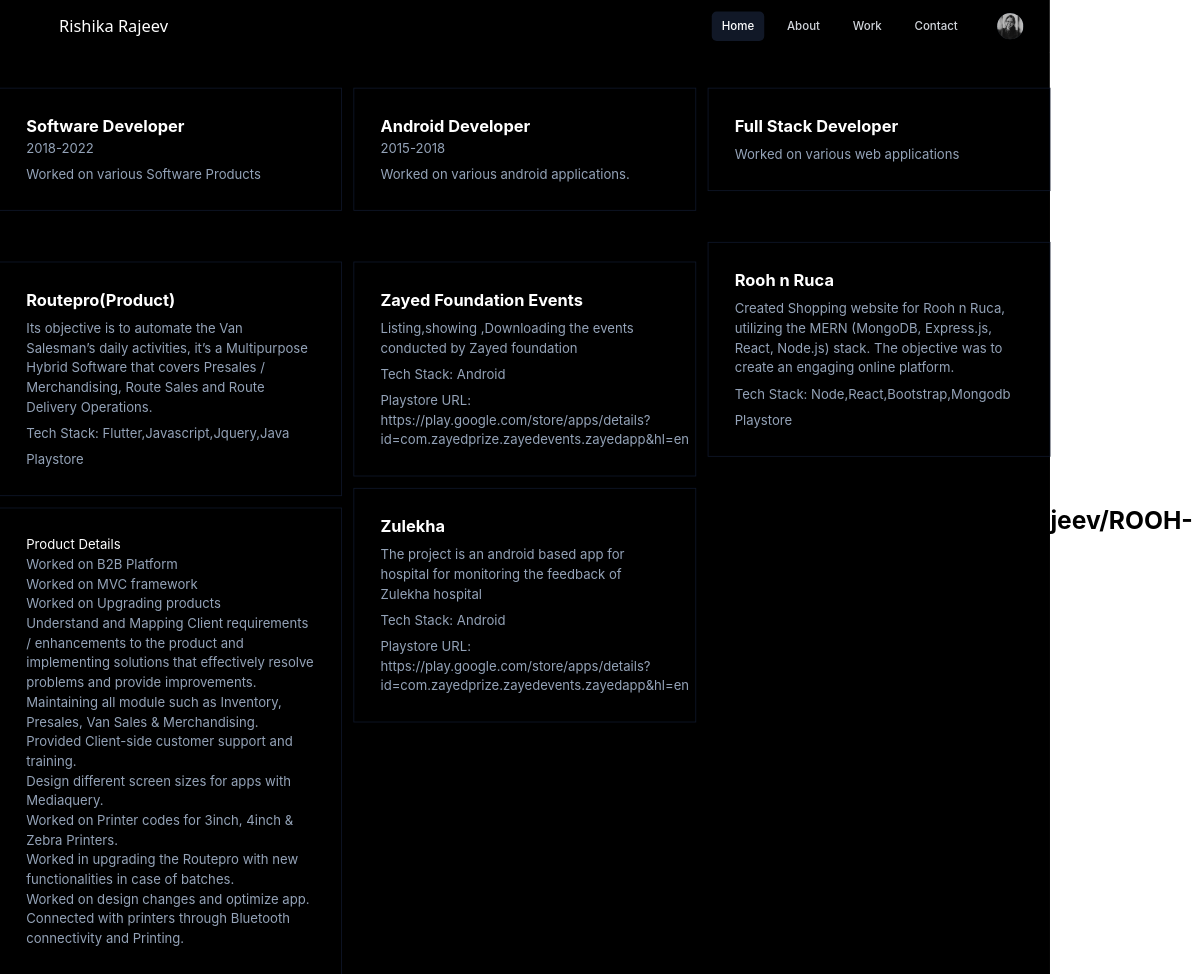
Repository: rishikarajeev/portfolio_rishika
Page: /work
These files come from the project's save history. The page is drawn as it stood at one moment and after a run of saves; the edit follows.
The browser window is 1280 px wide. The page is 1455 px wide, then 1280 px, so the pictures cover 1455 px, including what lies to the right of the window. The pictures show the whole page, at 82% of full size.
The project was rebuilt for these pictures with package versions that can differ from the ones it lists, and the page was loaded fresh each time. Also part of the build but not shown: src/Pages/Home.jsx, src/Pages/About.jsx, src/Pages/Contact.jsx.

Above is the page before, as saved 2023-10-23 19:05:35.

After the next 17 saves:
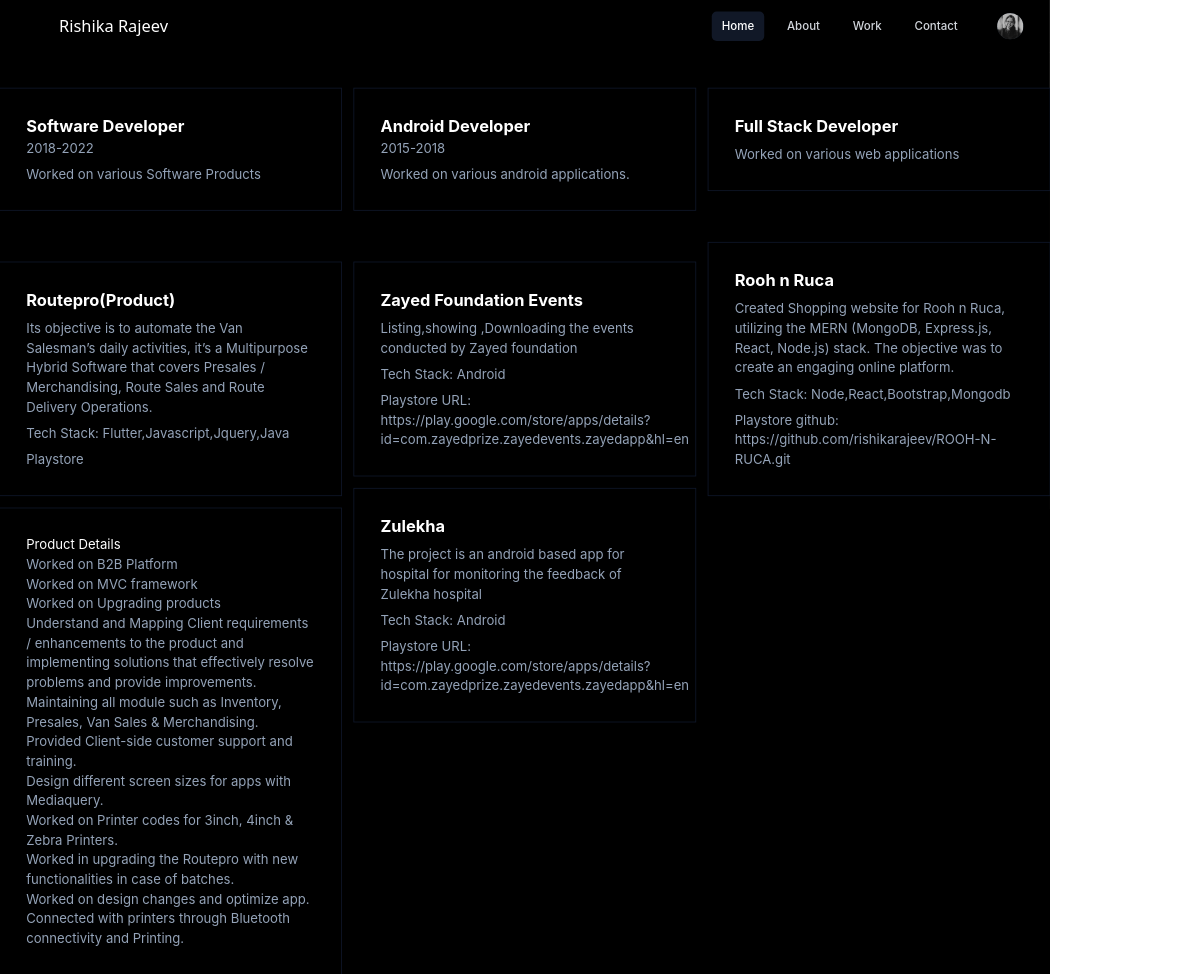
The 17 saves are shown as one change because 3 did not build or start and some came seconds apart.
The last was saved 2 min 13 s later.
--- a/src/Pages/Mywork.jsx
+++ b/src/Pages/Mywork.jsx
@@ -100,9 +100,10 @@ function Mywork() {
                 title="Rooh n Ruca"
                 description="    Created Shopping website for Rooh n Ruca, utilizing the MERN (MongoDB, Express.js, React, Node.js)  stack. The objective was to create an  engaging online platform."
                 techStack="Node,React,Bootstrap,Mongodb"
+                Playstore= "github: https://github.com/rishikarajeev/ROOH-N-RUCA.git"
+
 
               />
-              <h2 className="text-3xl font-bold mt-6 mb-1"> github: https://github.com/rishikarajeev/ROOH-N-RUCA.git</h2>
 
 
             </div>
